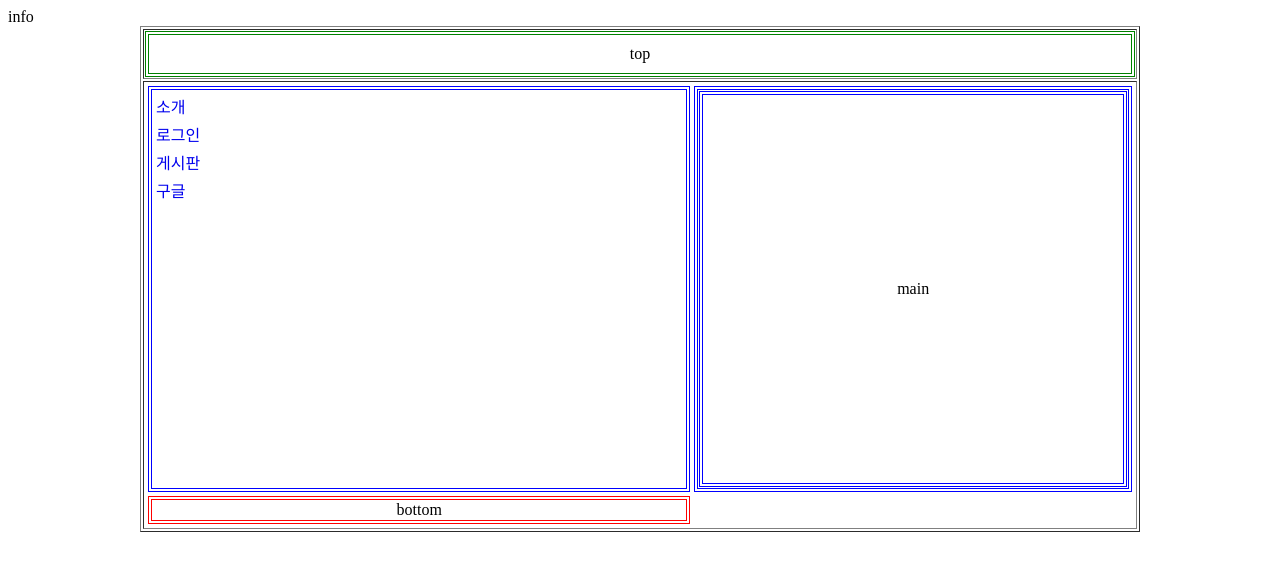
Repository: Kojonghoon/Workspace_java
Page: http://localhost/20221228/ajax/news/index.jsp?menu=info
These files come from the project's save history. The page is drawn as it stood at one moment and after the next save; the edit follows.
The browser window is 1280 px wide. The pictures show the whole page.
The page is served by Tomcat 9. Other server files are loaded and not shown.

Above is the page before, as saved 2023-02-10 02:24:57.

### 20221228/src/main/webapp/ajax/news/index.jsp
<%@ page language="java" contentType="text/html; charset=UTF-8"
    pageEncoding="UTF-8"%>
<%
	String menu =request.getParameter("menu");	//info ore login or board or google
	out.print(menu);
%>
<!DOCTYPE html>
<html lang="ko">
  <head>
    <meta charset="UTF-8" />
    <meta http-equiv="X-UA-Compatible" content="IE=edge" />
    <meta name="viewport" content="width=device-width, initial-scale=1.0" />
    <title>패턴1</title>
    <style>
        a{
            text-decoration: none;
        }
    </style>
  </head>
  <body>
    <!-- 태그는 중첩해서 사용이 가능하다. 크기는 %로 주는것이 좋다. 가변성에 대응-->
    <table border="1" align="center" width="1000px">
      <tr>
        <td width="100%" height="50px">
          <!-- top start -->
		  <%@ include file="top.jsp" %>
          <!-- top end -->
        </td>
      </tr>
      <tr>
        <td>
          <table>
            <tr>
          <!-- menu start -->
              <td width="200px" height="400px">
              <%@ include file="menu.jsp" %>
              <!-- menu end -->
                </table>
              </td>
              <!-- main start -->
              <td width="800px" height="400px">
                <table border="1" bordercolor="blue" width="100%" height="100%">
				<%@ include file="main.jsp" %>
              </td>
            </tr>
          </table>
          <!-- main  end-->
        </td>
      </tr>
      <tr>
        <!-- bottom start -->
		<%@ include file="bottom.jsp" %>
    	<!-- bottom end -->
      </tr>
    </table>
  </body>
</html>

### 20221228/src/main/webapp/ajax/news/top.jsp
<%@ page language="java" contentType="text/html; charset=UTF-8"
	pageEncoding="UTF-8"%>
<table border="1" width="100%" height="100%" bordercolor="green">
	<tr>
		<td align="center">top</td>
	</tr>
</table>

### 20221228/src/main/webapp/ajax/news/menu.jsp
<%@ page language="java" contentType="text/html; charset=UTF-8"
	pageEncoding="UTF-8"%>

<table border="1" bordercolor="blue" width="100%" height="100%">
	<tr valign="top">
		<td>
			<table>
				<tr>
					<td><a href="./index.jsp?menu=info" style="text-decoration: none;">소개</a></td>
				</tr>
				<tr>
					<td><a href="./index.jsp?menu=login">로그인</a></td>
				</tr>
				<tr>
					<td><a href="./index.jsp?menu=board">게시판</a></td>
				</tr>
				<tr>
					<td><a href="./index.jsp?menu=google">구글</a></td>
				</tr>
			</table>
		</td>
	</tr>

### 20221228/src/main/webapp/ajax/news/main.jsp
<%@ page language="java" contentType="text/html; charset=UTF-8"
	pageEncoding="UTF-8"%>
<td width="800px" height="400px">
	<table border="1" bordercolor="blue" width="100%" height="100%">
		<td align="center">main</td>
	</table>
</td>

### 20221228/src/main/webapp/ajax/news/bottom.jsp
<%@ page language="java" contentType="text/html; charset=UTF-8"
	pageEncoding="UTF-8"%>
<td width="1000px" height="30px">
	<table border="1" width="100%" height="100%" bordercolor="red">
		<tr>
			<td align="center">bottom</td>
		</tr>
	</table>
</td>

After the next save:
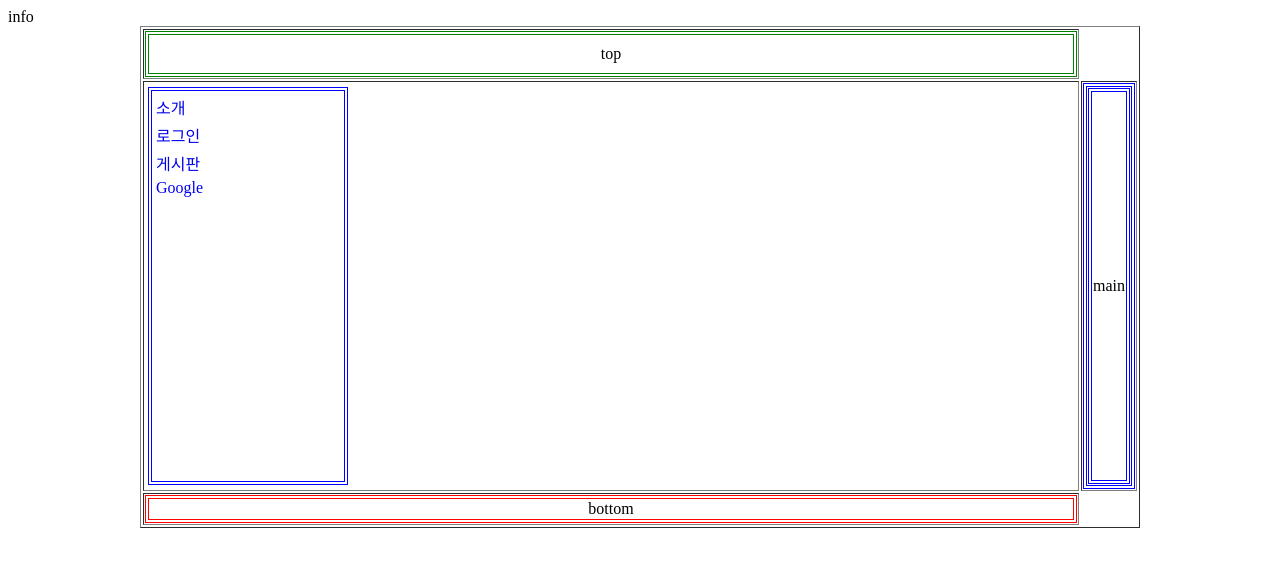
Saved 86 s later.
--- a/20221228/src/main/webapp/ajax/news/menu.jsp
+++ b/20221228/src/main/webapp/ajax/news/menu.jsp
@@ -1,22 +1,21 @@
-<%@ page language="java" contentType="text/html; charset=UTF-8"
-	pageEncoding="UTF-8"%>
-
+<%@ page language="java" contentType="text/html; charset=UTF-8" pageEncoding="UTF-8"%>
 <table border="1" bordercolor="blue" width="100%" height="100%">
-	<tr valign="top">
-		<td>
-			<table>
-				<tr>
-					<td><a href="./index.jsp?menu=info" style="text-decoration: none;">소개</a></td>
-				</tr>
-				<tr>
-					<td><a href="./index.jsp?menu=login">로그인</a></td>
-				</tr>
-				<tr>
-					<td><a href="./index.jsp?menu=board">게시판</a></td>
-				</tr>
-				<tr>
-					<td><a href="./index.jsp?menu=google">구글</a></td>
-				</tr>
-			</table>
-		</td>
-	</tr>
+   <tr valign="top">
+      <td>
+         <table>
+            <tr>
+               <td><a href="./index.jsp?menu=info">소개</a></td>
+            </tr>
+            <tr>
+               <td><a href="./index.jsp?menu=iogin">로그인</a></td>
+            </tr>
+            <tr>
+               <td><a href="./index.jsp?menu=board">게시판</a></td>
+            </tr>
+            <tr>
+               <td><a href="./index.jsp?menu=google">Google</a></td>
+            </tr>
+         </table>
+      </td>
+   </tr>
+</table>
